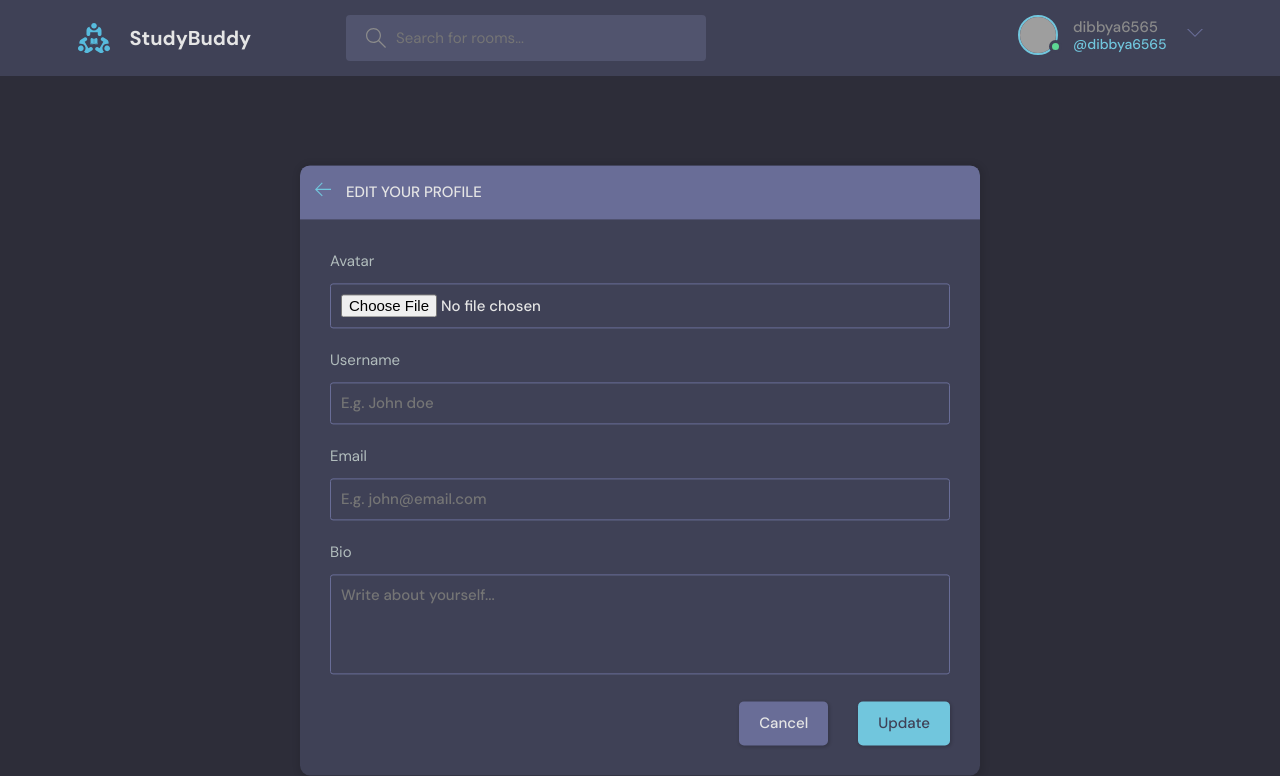
Repository: Dibbya65/Django-Basic
Page: http://localhost/update/user/
The author's editor kept a copy of each file at every save. The page is drawn from the files as they stood at one save, then again after the next save.
The browser window is 1280 px wide. The pictures show the whole page.
Pictures or frames that could not be fetched are drawn as grey boxes. The page is served by the project's application, run on Django 3.2 (manage.py). The first stored user is signed in. Other server files are loaded and not shown. The page reads the database file committed with the project.

Above is the page before, as saved 2021-11-20 17:01:21.

### base/templates/base/update-user.html
{% extends 'layouts/master.html' %}
{% block title %}Update User{% endblock title %}
{% block content %}

 <main class="update-account layout">
     <div class="container">
         <div class="layout__box">
             <div class="layout__boxHeader">
                 <div class="layout__boxTitle">
                     <a href="{% url 'home' %}">
                         <svg version="1.1" xmlns="http://www.w3.org/2000/svg" width="32" height="32"
                             viewBox="0 0 32 32">
                             <title>arrow-left</title>
                             <path
                                 d="M13.723 2.286l-13.723 13.714 13.719 13.714 1.616-1.611-10.96-10.96h27.625v-2.286h-27.625l10.965-10.965-1.616-1.607z">
                             </path>
                         </svg>
                     </a>
                     <h3>Edit your profile</h3>
                 </div>
             </div>
             <div class="layout__body">
                 <form class="form" action="" method="POST">
                 {% csrf_token %}
                     <div class="form__group">
                         <label for="profile_pic">Avatar</label>
                         <input id="profile_pic" name="profile_pic" type="file" />
                     </div>

                     <div class="form__group">
                         <label for="username">Username</label>
                         <input id="username" name="username" type="text" placeholder="E.g. John doe" />
                     </div>

                     <div class="form__group">
                         <label for="email">Email</label>
                         <input id="email" name="email" type="text" placeholder="E.g. john@email.com" />
                     </div>

                     <div class="form__group">
                         <label for="user_bio">Bio</label>
                         <textarea name="user_bio" id="user_bio" placeholder="Write about yourself..."></textarea>
                     </div>
                     <div class="form__action">
                         <a class="btn btn--dark" href="index.html">Cancel</a>
                         <button class="btn btn--main" type="submit">Update</button>
                     </div>
                 </form>
             </div>
         </div>
     </div>
     </div>
 </main>

{% endblock content %}

### templates/layouts/master.html
<!DOCTYPE html>
{% load static %}
<html lang="en">

  <head>
    <meta charset="UTF-8" />
    <meta http-equiv="X-UA-Compatible" content="IE=edge" />
    <meta name="viewport" content="width=device-width, initial-scale=1.0" />
    <link rel="shortcut icon" href="assets/favicon.ico" type="image/x-icon" />


    <title>StudyBuddy | {% block title %} {% endblock %}</title>
    <link rel="stylesheet" type="text/css" href="{% static 'styles/style.css' %}">
  </head>

  <body>
    {% include 'base/navbar.html' %}

    {% if messages %}
    <ul class="messages">
      {% for message in messages %}
      <li>{{ message }}</li>
      {% endfor %}
    </ul>
    {% endif %}
    {% block content %}{% endblock %}

    <script type="text/javascript" src="{% static 'js/script.js' %}"></script>
  </body>

</html>

### base/templates/base/navbar.html
{% load static %}
<header class="header header--loggedIn">
  <div class="container">
    <a href="/" class="header__logo">
      <img src="{% static 'assets/logo.svg' %}" />
      <h1>StudyBuddy</h1>
    </a>
    <form class="header__search" action="{% url 'home' %}" method="GET">
      <label>
        <svg version="1.1" xmlns="http://www.w3.org/2000/svg" width="32" height="32" viewBox="0 0 32 32">
          <title>search</title>
          <path
            d="M32 30.586l-10.845-10.845c1.771-2.092 2.845-4.791 2.845-7.741 0-6.617-5.383-12-12-12s-12 5.383-12 12c0 6.617 5.383 12 12 12 2.949 0 5.649-1.074 7.741-2.845l10.845 10.845 1.414-1.414zM12 22c-5.514 0-10-4.486-10-10s4.486-10 10-10c5.514 0 10 4.486 10 10s-4.486 10-10 10z">
          </path>
        </svg>
        <input type="text" placeholder="Search for rooms..." name="q" />
      </label>
    </form>
    <nav class="header__menu">
      <!-- Not Logged In -->
      {% if not request.user.is_authenticated %}
      <a href="{% url 'login' %}">
        <img src="{% static 'assets/avatar.svg' %}" />
        <p>Login</p>
      </a>
      {%else%}
      <div class="header__user">
        <a href="{%  url 'user-profile' request.user.id %}">
          <div class="avatar avatar--medium active">
            <img src="https://randomuser.me/api/portraits/men/37.jpg" />
          </div>
          <p>{{request.user.username}} <span>@{{request.user.username}}</span></p>
        </a>
        <button class="dropdown-button">
          <svg version="1.1" xmlns="http://www.w3.org/2000/svg" width="32" height="32" viewBox="0 0 32 32">
            <title>chevron-down</title>
            <path d="M16 21l-13-13h-3l16 16 16-16h-3l-13 13z"></path>
          </svg>
        </button>
      </div>

      <div class="dropdown-menu">
        <a href="{% url 'update-user' %}" class="dropdown-link"><svg version="1.1" xmlns="http://www.w3.org/2000/svg"
            width="32" height="32" viewBox="0 0 32 32">
            <title>tools</title>
            <path
              d="M27.465 32c-1.211 0-2.35-0.471-3.207-1.328l-9.392-9.391c-2.369 0.898-4.898 0.951-7.355 0.15-3.274-1.074-5.869-3.67-6.943-6.942-0.879-2.682-0.734-5.45 0.419-8.004 0.135-0.299 0.408-0.512 0.731-0.572 0.32-0.051 0.654 0.045 0.887 0.277l5.394 5.395 3.586-3.586-5.394-5.395c-0.232-0.232-0.336-0.564-0.276-0.887s0.272-0.596 0.572-0.732c2.552-1.152 5.318-1.295 8.001-0.418 3.274 1.074 5.869 3.67 6.943 6.942 0.806 2.457 0.752 4.987-0.15 7.358l9.392 9.391c0.844 0.842 1.328 2.012 1.328 3.207-0 2.5-2.034 4.535-4.535 4.535zM15.101 19.102c0.26 0 0.516 0.102 0.707 0.293l9.864 9.863c0.479 0.479 1.116 0.742 1.793 0.742 1.398 0 2.535-1.137 2.535-2.535 0-0.668-0.27-1.322-0.742-1.793l-9.864-9.863c-0.294-0.295-0.376-0.74-0.204-1.119 0.943-2.090 1.061-4.357 0.341-6.555-0.863-2.631-3.034-4.801-5.665-5.666-1.713-0.561-3.468-0.609-5.145-0.164l4.986 4.988c0.391 0.391 0.391 1.023 0 1.414l-5 5c-0.188 0.188-0.441 0.293-0.707 0.293s-0.52-0.105-0.707-0.293l-4.987-4.988c-0.45 1.682-0.397 3.436 0.164 5.146 0.863 2.631 3.034 4.801 5.665 5.666 2.2 0.721 4.466 0.604 6.555-0.342 0.132-0.059 0.271-0.088 0.411-0.088z">
            </path>
          </svg>
          Settings</a>
        <a href="{% url 'logout' %}" class="dropdown-link"><svg version="1.1" xmlns="http://www.w3.org/2000/svg"
            width="32" height="32" viewBox="0 0 32 32">
            <title>sign-out</title>
            <path
              d="M3 0h22c0.553 0 1 0 1 0.553l-0 3.447h-2v-2h-20v28h20v-2h2l0 3.447c0 0.553-0.447 0.553-1 0.553h-22c-0.553 0-1-0.447-1-1v-30c0-0.553 0.447-1 1-1z">
            </path>
            <path
              d="M21.879 21.293l1.414 1.414 6.707-6.707-6.707-6.707-1.414 1.414 4.293 4.293h-14.172v2h14.172l-4.293 4.293z">
            </path>
          </svg>
          Logout</a>
      </div>
      {% endif %}


    </nav>
  </div>
</header>

### base/views.py
from django.shortcuts import render, redirect
from django.http import HttpResponse
from django.db.models import Q
from django.contrib.auth.models import User
from django.contrib.auth import authenticate, login, logout
from django.contrib.auth.forms import UserCreationForm
from django.contrib import messages
from django.contrib.auth.decorators import login_required
from .models import Room, Topic, Message
from .forms import RoomForm

# Create your views here.


def login_page(request):
    page = "login"

    if request.user.is_authenticated:
        return redirect("home")

    if request.method == "POST":
        username = request.POST.get("username").lower()
        password = request.POST.get("password")

        try:
            user = User.objects.get(username=username)
        except:
            messages.error(request, "User does not exist")

        user = authenticate(request, username=username, password=password)

        if user is not None:
            login(request, user)
            return redirect("home")
        else:
            messages.error(request, "Invalid credentials")

    context = {"page": page}
    return render(request, "base/login.html", context)


def logout_user(request):
    logout(request)
    return redirect("home")


def register_page(request):
    form = UserCreationForm()

    if request.method == "POST":
        form = UserCreationForm(request.POST)
        if form.is_valid():
            user = form.save(commit=False)
            user.username = user.username.lower()
            user.save()

            login(request, user)

            return redirect("home")
        else:
            messages.error(request, "User registration failed")

    context = {"form": form}

    return render(request, "base/login.html", context)


def home(request):
    q = request.GET.get("q") if request.GET.get("q") != None else ""
    rooms = Room.objects.filter(
        Q(topic__name__icontains=q) | Q(name__icontains=q) | Q(description__icontains=q)
    )
    topics = Topic.objects.all()
    room_count = rooms.count()
    room_messges = Message.objects.filter(Q(room__topic__name__icontains=q))

    context = {
        "rooms": rooms,
        "topics": topics,
        "room_count": room_count,
        "room_messages": room_messges,
    }
    return render(request, "base/home.html", context)


def room(request):
    rooms = Room.objects.all()
    context = {"rooms": rooms}
    return render(request, "base/room.html", context)


def roomdetail(request, pk):
    room = Room.objects.get(id=pk)
    room_messages = room.message_set.all()
    participants = room.participants.all()

    if request.method == "POST":
        message = Message.objects.create(
            user=request.user, room=room, body=request.POST.get("body")
        )
        room.participants.add(request.user)
        return redirect("room-detail", pk=room.id)

    context = {
        "room": room,
        "room_messages": room_messages,
        "participants": participants,
    }
    return render(request, "base/single-room.html", context)


@login_required(login_url="login")
def create_room(request):
    form = RoomForm()
    topics = Topic.objects.all()
    if request.method == "POST":
        topic_name = request.POST.get("topic")
        topic, created = Topic.objects.get_or_create(name=topic_name)

        Room.objects.create(
            host=request.user,
            topic=topic,
            name=request.POST.get("name"),
            description=request.POST.get("description"),
        )
        # form = RoomForm(request.POST)
        # if form.is_valid():
        #     room = form.save(commit=False)
        #     room.host = request.user
        #     room.save()
        return redirect("home")

    context = {"form": form, "topics": topics}
    return render(request, "base/room_form.html", context)


def user_profile(request, pk):
    user = User.objects.get(id=pk)
    rooms = user.room_set.all()
    room_messages = user.message_set.all()
    topics = Topic.objects.all()
    context = {
        "user": user,
        "rooms": rooms,
        "room_messages": room_messages,
        "topics": topics,
    }
    return render(request, "base/profile.html", context)


@login_required(login_url="login")
def update_room(request, pk):
    room = Room.objects.get(id=pk)
    form = RoomForm(instance=room)
    topics = Topic.objects.all()

    if request.user != room.host:
        return HttpResponse("Unauthenticated!")

    if request.method == "POST":
        topic_name = request.POST.get("topic")
        topic, created = Topic.objects.get_or_create(name=topic_name)
        room.name = request.POST.get("name")
        room.topic = topic
        room.description = request.POST.get("description")
        room.save()

        return redirect("home")

    context = {"form": form, "topics": topics, "room": room}
    return render(request, "base/room_form.html", context)


@login_required(login_url="login")
def delete_room(request, pk):
    room = Room.objects.get(id=pk)
    if request.user != room.host:
        return HttpResponse("Unauthenticated!")

    if request.method == "POST":
        room.delete()
        return redirect("home")
    return render(request, "base/delete.html", {"obj": room})


@login_required(login_url="login")
def delete_message(request, pk):
    msg = Message.objects.get(id=pk)
    if request.user != msg.user:
        return HttpResponse("Unauthenticated!")

    if request.method == "POST":
        msg.delete()
        return redirect("home")
    return render(request, "base/delete.html", {"obj": msg})


@login_required(login_url="login")
def update_user(request):
    return render(request, "base/update-user.html")

### studybud/urls.py
"""studybud URL Configuration

The `urlpatterns` list routes URLs to views. For more information please see:
    https://docs.djangoproject.com/en/3.2/topics/http/urls/
Examples:
Function views
    1. Add an import:  from my_app import views
    2. Add a URL to urlpatterns:  path('', views.home, name='home')
Class-based views
    1. Add an import:  from other_app.views import Home
    2. Add a URL to urlpatterns:  path('', Home.as_view(), name='home')
Including another URLconf
    1. Import the include() function: from django.urls import include, path
    2. Add a URL to urlpatterns:  path('blog/', include('blog.urls'))
"""
from django.contrib import admin
from django.urls import path, include


urlpatterns = [
    path('admin/', admin.site.urls),
    path('', include('base.urls'))
]

### base/urls.py
from django.urls import path
from . import views

urlpatterns = [
    path("login/", views.login_page, name="login"),
    path("register/", views.register_page, name="register"),
    path("logout/", views.logout_user, name="logout"),
    path("", views.home, name="home"),
    path("room/", views.room, name="room"),
    path("profile/<str:pk>", views.user_profile, name="user-profile"),
    path("update/user/", views.update_user, name="update-user"),
    path("room/<str:pk>", views.roomdetail, name="room-detail"),
    path("create/room/", views.create_room, name="create-room"),
    path("update/room/<str:pk>/", views.update_room, name="update-room"),
    path("delete/room/<str:pk>/", views.delete_room, name="delete-room"),
    path("delete/message/<str:pk>/", views.delete_message, name="delete-message"),
]

### db.sqlite3 (the tables this page reads, as SQL)
CREATE TABLE "auth_user" ("id" integer NOT NULL PRIMARY KEY AUTOINCREMENT, "password" varchar(128) NOT NULL, "last_login" datetime NULL, "is_superuser" bool NOT NULL, "username" varchar(150) NOT NULL UNIQUE, "last_name" varchar(150) NOT NULL, "email" varchar(254) NOT NULL, "is_staff" bool NOT NULL, "is_active" bool NOT NULL, "date_joined" datetime NOT NULL, "first_name" varchar(150) NOT NULL);
INSERT INTO "auth_user" VALUES
(1, 'pbkdf2_sha256$260000$xQxpFxKQ9izBbopr3Dv7HS$ZdGFJYFjajdfBM/ZdnlG6gD0dgX/TKmGyoCCve4Q564=', '2021-11-20 11:25:23.454227', 1, 'dibbya6565', '', 'dibyakarki65@gmail.com', 1, 1, '2021-11-13 15:49:17.112151', ''),
(2, 'pbkdf2_sha256$260000$OcP3oMRwcVFmIc3QPSnltC$GpcmQjPkv0wxmOYWlv/oBQ69CVZRvql5qDH1FvXjTJM=', NULL, 0, 'prakashkarki6565', '', '', 0, 1, '2021-11-14 06:46:21.258105', ''),
(3, 'pbkdf2_sha256$260000$bYZBArIVxYmuNuu5Azzl9d$kAIAJAnHPVaaRNyIMyoHKCgxSXknbwf/ubpWAJYvAxQ=', '2021-11-15 11:51:20.490980', 0, 'prakashkarki6565@gmail.com', '', '', 0, 1, '2021-11-15 11:51:19.976423', ''),
(4, 'pbkdf2_sha256$260000$XQVrpvlajut1jjOP6a31hy$SR7rs3yBHY/pGjCoDxqTx/rkvUNTPMNaSyNaJWyzDpk=', '2021-11-20 08:32:44.875888', 0, 'praksh65', '', '', 0, 1, '2021-11-20 08:32:44.429889', '');

Loaded but not shown: static/assets/logo.svg (12 lines, source omitted); static/js/script.js (69 lines, source omitted); static/styles/style.css (1166 lines, source omitted)

After the next save:
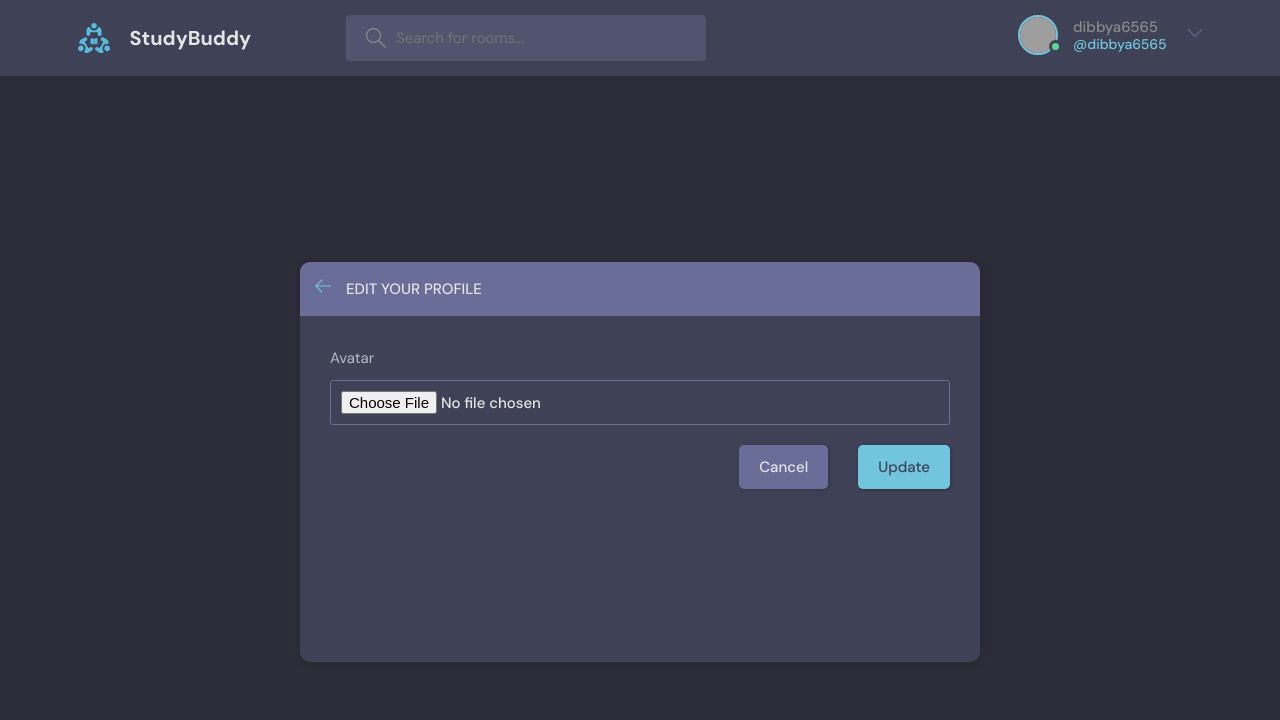
Saved 23 s later.
--- a/base/templates/base/update-user.html
+++ b/base/templates/base/update-user.html
@@ -27,20 +27,7 @@
                          <input id="profile_pic" name="profile_pic" type="file" />
                      </div>
 
-                     <div class="form__group">
-                         <label for="username">Username</label>
-                         <input id="username" name="username" type="text" placeholder="E.g. John doe" />
-                     </div>
 
-                     <div class="form__group">
-                         <label for="email">Email</label>
-                         <input id="email" name="email" type="text" placeholder="E.g. john@email.com" />
-                     </div>
-
-                     <div class="form__group">
-                         <label for="user_bio">Bio</label>
-                         <textarea name="user_bio" id="user_bio" placeholder="Write about yourself..."></textarea>
-                     </div>
                      <div class="form__action">
                          <a class="btn btn--dark" href="index.html">Cancel</a>
                          <button class="btn btn--main" type="submit">Update</button>
